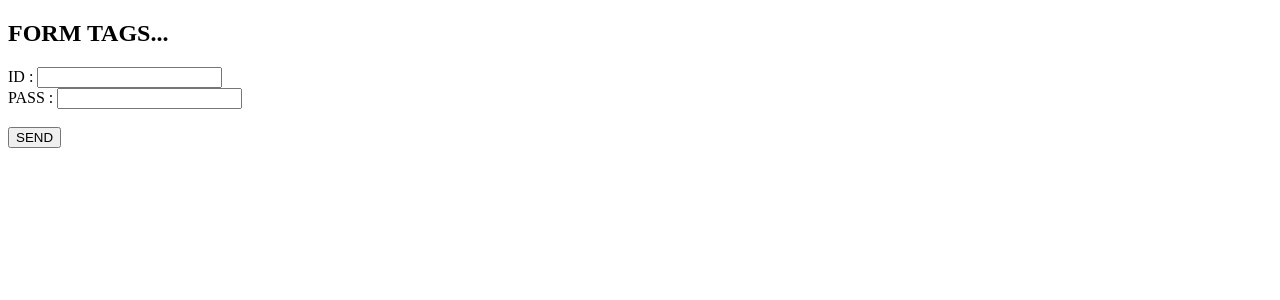
Repository: daeun0220/KB_EDU_JAVA
Page: work03_FrontUI/front01_HTML5/src/main/webapp/html02_form.html
An editor plug-in stored every save of this project. The page is shown before and after the next save, followed by the edit.
The browser window is 1280 px wide. The pictures show the whole page.

Above is the page before, as saved 2023-08-07 05:40:00.

### work03_FrontUI/front01_HTML5/src/main/webapp/html02_form.html
<!DOCTYPE html>
<html>
<head>
<meta charset="UTF-8">
<title>Insert title here</title>
</head>
<body>
<h2>FORM TAGS...</h2>
<!-- 다양한 입력 양식을 다 감싸는 태그 -->
<form action="#">
	ID : <input type="text" name="id"> <br>
	PASS : <input type="text" name="pass"> <br><br>
	<input type="submit" value="SEND">
</form>
</body>
</html>

After the next save:
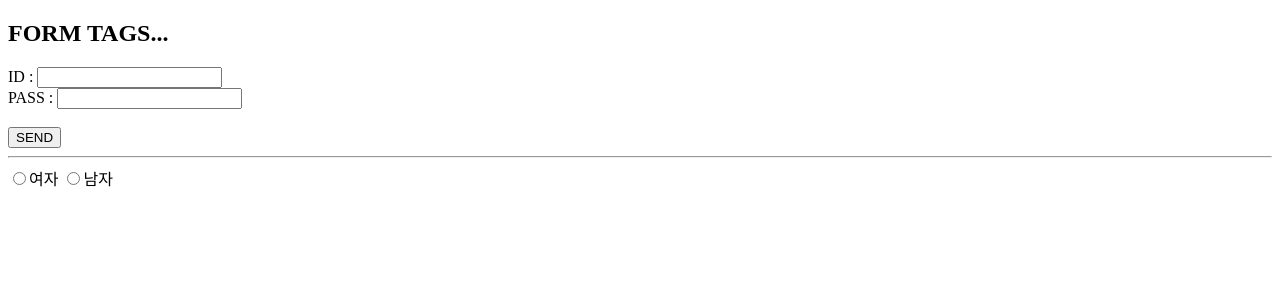
Saved 4 min 36 s later.
--- a/work03_FrontUI/front01_HTML5/src/main/webapp/html02_form.html
+++ b/work03_FrontUI/front01_HTML5/src/main/webapp/html02_form.html
@@ -11,6 +11,10 @@
 	ID : <input type="text" name="id"> <br>
 	PASS : <input type="text" name="pass"> <br><br>
 	<input type="submit" value="SEND">
+	<hr>
+	<input type="radio" name="gender" value="Female">여자
+	<input type="radio" name="gender" value="Male">남자
+	<br><br>
 </form>
 </body>
 </html>
